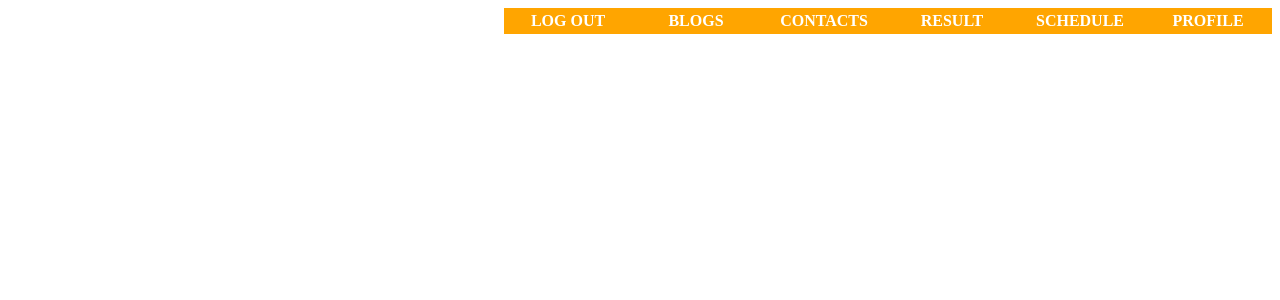
Repository: feefifofannie/SapientNitroTraining
Page: WebProject/WebContent/PortalExercise/index.html
These files come from the project's save history. The page is drawn as it stood at one moment and after the next save; the edit follows.
The browser window is 1280 px wide. The pictures show the whole page.

Above is the page before, as saved 2015-09-15 08:00:17.

After the next save:
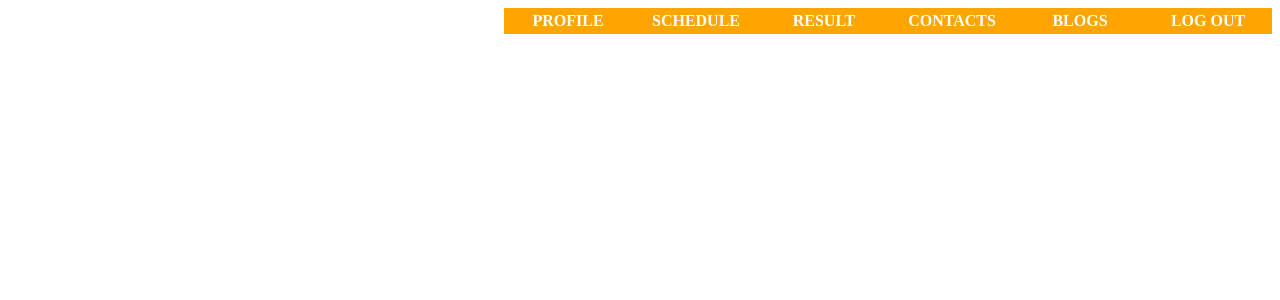
Saved 42 s later.
--- a/WebProject/WebContent/PortalExercise/index.html
+++ b/WebProject/WebContent/PortalExercise/index.html
@@ -9,10 +9,11 @@ ul {
 	margin: 0;
 	padding: 0;
 	overflow: hidden;
+	float: right;
 }
 
 li {
-	float: right;
+	float: left;
 }
 
 a:link,a:visited {
